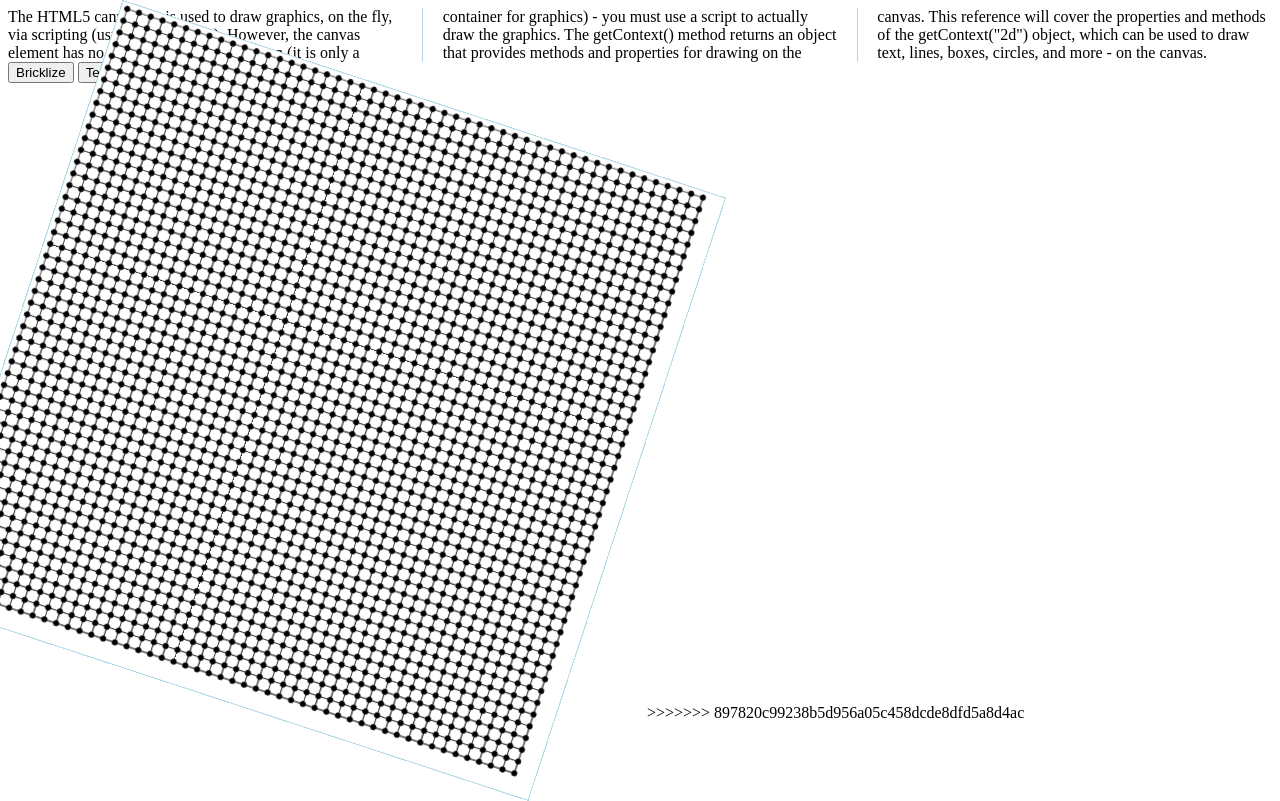
Repository: yystju/tdcc_demo
Page: public/canvas/index.html
The author's editor kept a record of every edit. The page is drawn from the files as they stood at one moment, then again after the next edit.
The browser window is 1280 px wide. The pictures show the whole page.
The pointer rests on the first visible `#c1`.
Some web libraries are served in a nearby version.

Above is the page before.

After the next edit:
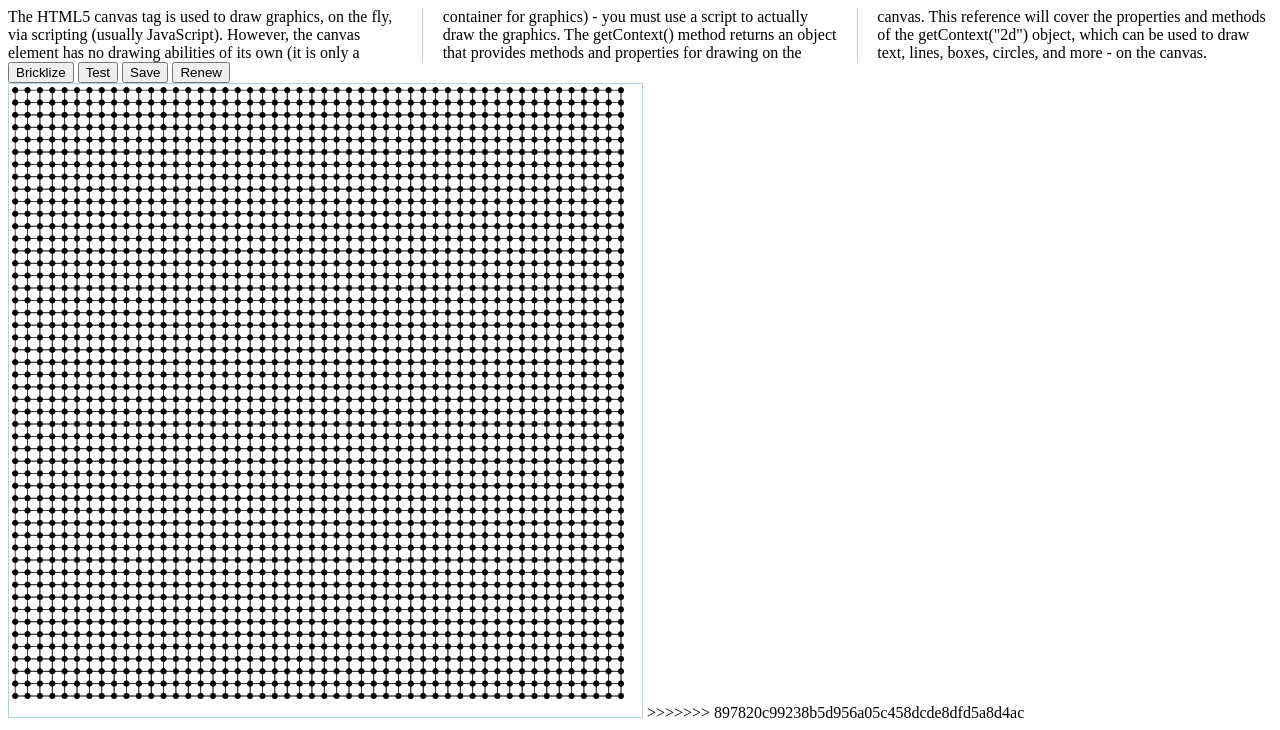
The edit:
--- a/public/canvas/css/index.css
+++ b/public/canvas/css/index.css
@@ -49,7 +49,7 @@
     -webkit-animation-name: example;
     -webkit-animation-duration: 0.5s;
     animation-name: example;
-    animation-duration: 4s;
+    animation-duration: 0.5s;
 }
 
 .explaining {
